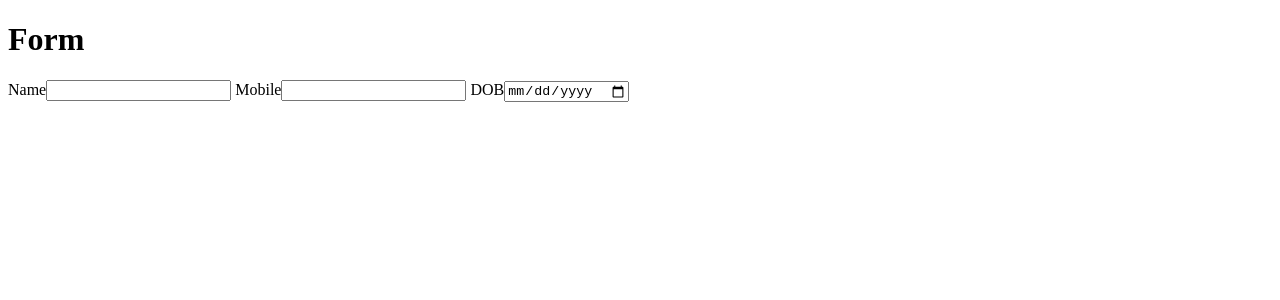
Repository: Strangeryoga/JSHS
Page: Servlet2/Fetch/src/main/webapp/index.html
The author's editor kept a copy of each file at every save. The page is drawn from the files as they stood at one save, then again after the next save.
The browser window is 1280 px wide. The pictures show the whole page.

Above is the page before, as saved 2023-08-09 06:48:53.

After the next save:
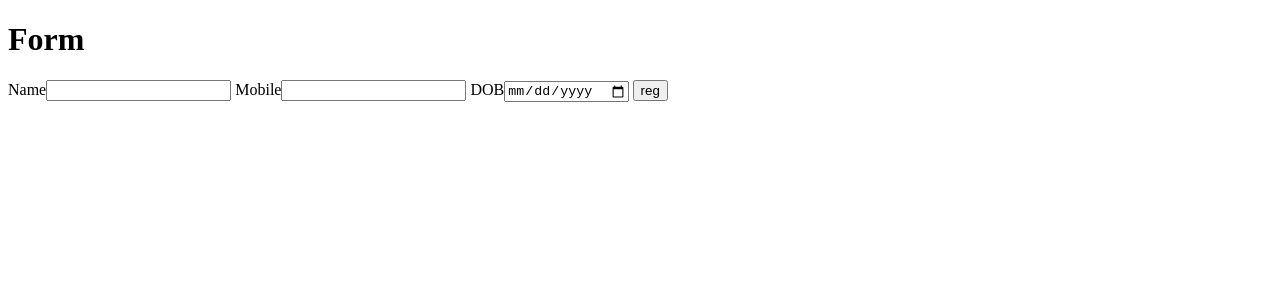
Saved 47 s later.
--- a/Servlet2/Fetch/src/main/webapp/index.html
+++ b/Servlet2/Fetch/src/main/webapp/index.html
@@ -10,7 +10,7 @@
   Name<input type="text" name="nm">
   Mobile<input type="text" name="mn">
   DOB<input type="date">
-
+  <input type="submit" value="reg">
 </form>
 
 </body>
